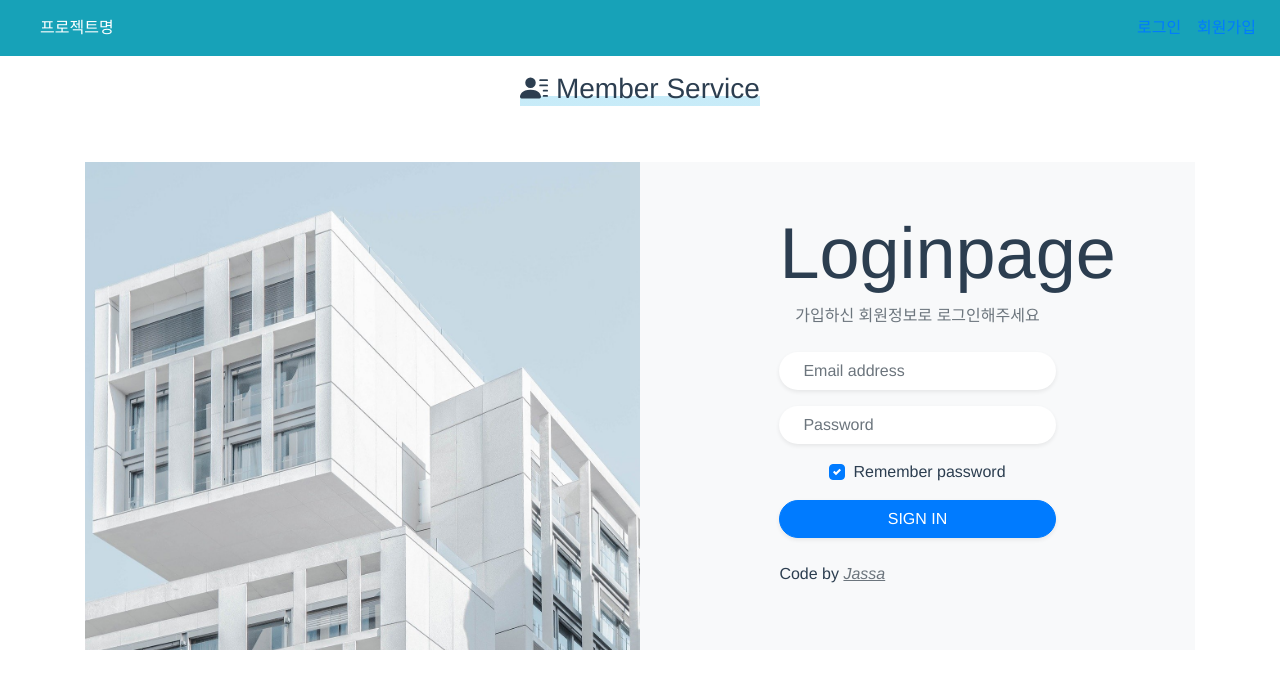
Repository: cheery72/Project_Real_estate
Page: /user/singin (app in frontend/)
The author's editor kept a copy of each file at every save. The page is drawn from the files as they stood at one save, then again after the next save.
The browser window is 1280 px wide. The pictures show the whole page.
The project was rebuilt for these pictures with package versions that can differ from the ones it lists, and the page was loaded fresh each time. Also part of the build but not shown: frontend/vue.config.js, frontend/src/components/user/child/MemberJoinForm.vue, frontend/src/components/user/MemberJoin.vue, frontend/src/components/user/child/MemberInfoForm.vue, frontend/src/components/user/MemberMyPage.vue, frontend/src/components/user/BookMarkListRow.vue, frontend/src/components/user/MemberMyBookmark.vue. Imported but missing from the stored project, and not drawn on this page: frontend/src/views/Home.vue.

Above is the page before, as saved 2021-11-25 11:12:16.

After the next save:
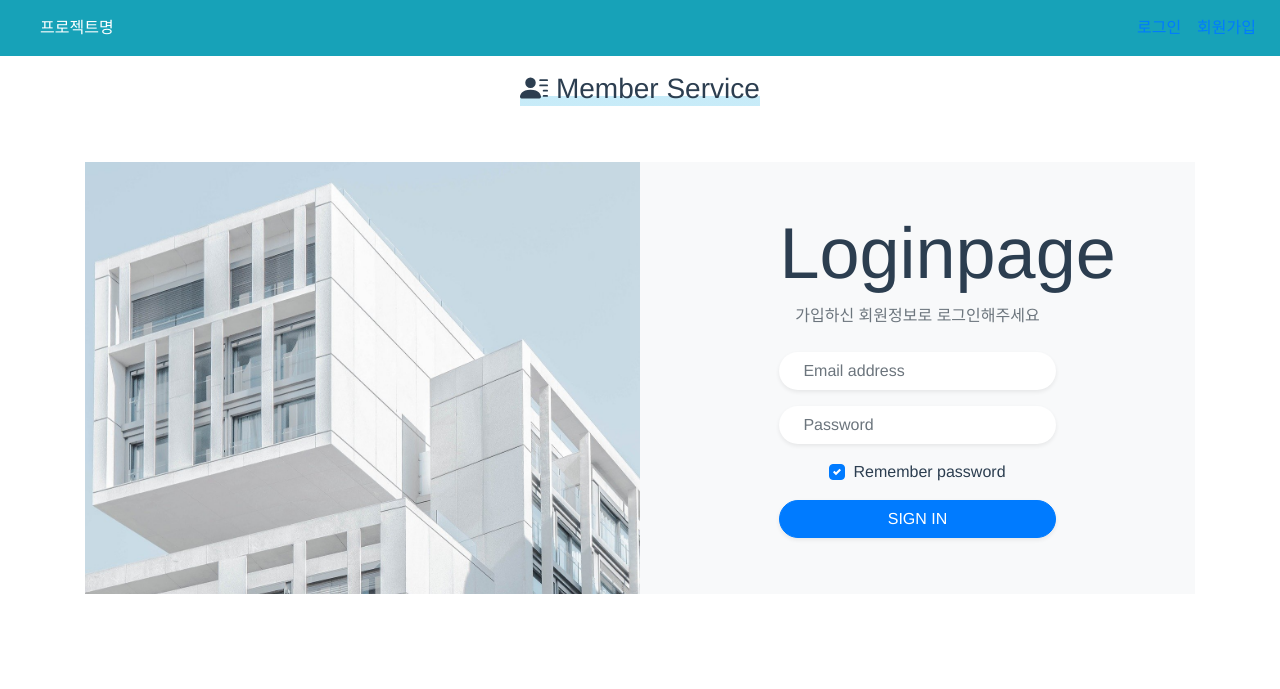
Saved 29 s later.
--- a/frontend/src/components/user/MemberLogin.vue
+++ b/frontend/src/components/user/MemberLogin.vue
@@ -30,8 +30,7 @@
                                     <label for="customCheck1" class="custom-control-label">Remember password</label>
                                 </div>
                                 <button type="submit" class="btn btn-primary btn-block text-uppercase mb-2 rounded-pill shadow-sm">Sign in</button>
-                                <div class="text-center d-flex justify-content-between mt-4"><p>Code by <a href="#" class="font-italic text-muted">
-                                        <u>Jassa</u></a></p></div>
+
                             </form>
                         </div>
                     </div>
